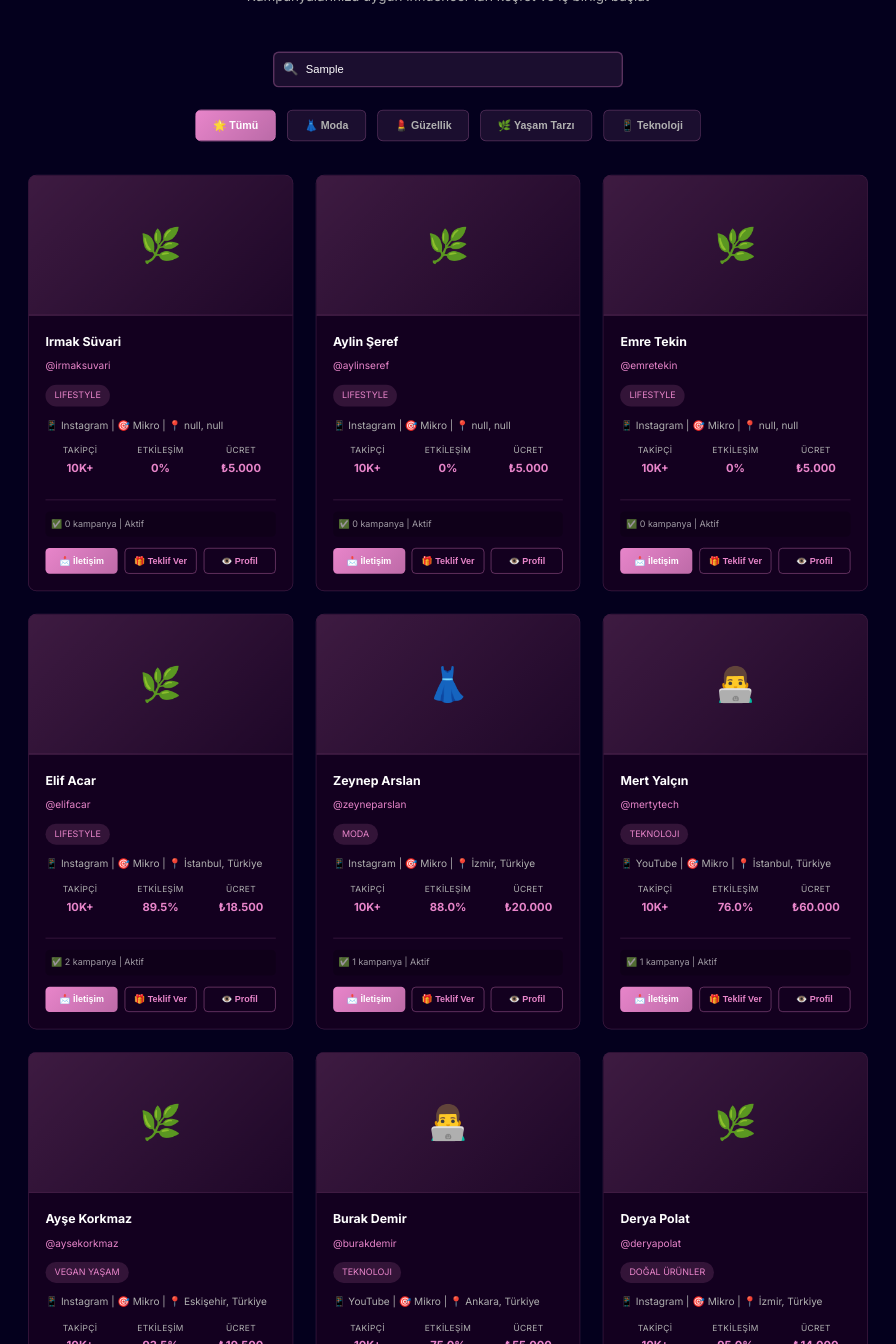
Repository: Selennguveen/metverse_website
Page: kesfetForMarka.html
An editor plug-in stored every save of this project. The page is shown before and after the next save, followed by the edit.
The browser window is 1280 px wide. The pictures show the part of the page from y = 344 to 2264 px (the page is 5685 px tall before and 1027 px after), at 70% of full size.
Empty fields were first filled with sample values (such as "Sample", 5 or name@example.com).
After loading, the first visible `#searchInput` was changed once.

Above is the page before, as saved 2025-12-21 15:05:50.
Console error: ReferenceError: handleSearch is not defined

### kesfetForMarka.html
<!DOCTYPE html>
<html lang="tr">
<head>
    <meta charset="UTF-8">
    <meta name="viewport" content="width=device-width, initial-scale=1.0">
    <title>İnfluencer Keşfet - MetVerse</title>
    <link href="https://fonts.googleapis.com/css2?family=Inter:wght@300;400;500;600;700;800&family=Roboto:wght@400;500;700&display=swap" rel="stylesheet">
    <link rel="stylesheet" href="styles.css">
    <style>
        .kesfet-section {
            background-color: rgb(4, 0, 29);
            background-image: radial-gradient(circle, rgba(232, 133, 202, 0.3) 1px, transparent 1px);
            background-size: 20px 20px;
            min-height: 100vh;
            padding: 120px 1rem 4rem 1rem;
            position: relative;
        }

        .kesfet-header {
            text-align: center;
            margin-bottom: 4rem;
            animation: fadeInUp 0.6s ease;
            position: relative;
            z-index: 2;
        }

        .kesfet-header h1 {
            font-size: 3.5rem;
            font-weight: 800;
            color: #fffffffe;
            margin-bottom: 1rem;
            letter-spacing: -1px;
            line-height: 1.2;
        }

        .kesfet-header h1 .highlight {
            color: rgb(232, 133, 202);
        }

        .kesfet-header p {
            font-size: 1.2rem;
            color: #B0B0B0;
            max-width: 600px;
            margin: 0 auto;
        }

        .kesfet-container {
            max-width: 1200px;
            margin: 0 auto;
            position: relative;
            z-index: 2;
        }

        .kesfet-search {
            display: flex;
            justify-content: center;
            margin-bottom: 2rem;
        }

        .search-container {
            position: relative;
            width: 100%;
            max-width: 500px;
        }

        .search-input {
            width: 100%;
            padding: 0.9rem 1.2rem 0.9rem 2.8rem;
            background: rgba(232, 133, 202, 0.1);
            border: 2px solid rgba(232, 133, 202, 0.3);
            border-radius: 8px;
            color: #fffffffe;
            font-size: 1rem;
            font-weight: 500;
            transition: all 0.3s ease;
        }

        .search-input::placeholder {
            color: #B0B0B0;
        }

        .search-input:focus {
            outline: none;
            background: rgba(232, 133, 202, 0.15);
            border-color: rgb(232, 133, 202);
            box-shadow: 0 0 15px rgba(232, 133, 202, 0.3);
        }

        .search-icon {
            position: absolute;
            left: 0.9rem;
            top: 50%;
            transform: translateY(-50%);
            color: rgb(232, 133, 202);
            font-size: 1.1rem;
        }

        .kesfet-filters {
            display: flex;
            gap: 1rem;
            margin-bottom: 3rem;
            justify-content: center;
            flex-wrap: wrap;
        }

        .filter-btn {
            padding: 0.8rem 1.5rem;
            background: rgba(232, 133, 202, 0.1);
            border: 1px solid rgba(232, 133, 202, 0.3);
            border-radius: 8px;
            color: #B0B0B0;
            cursor: pointer;
            font-size: 0.95rem;
            font-weight: 600;
            transition: all 0.3s ease;
        }

        .filter-btn:hover {
            background: rgba(232, 133, 202, 0.2);
            border-color: rgb(232, 133, 202);
            color: rgb(232, 133, 202);
        }

        .filter-btn.active {
            background: linear-gradient(135deg, rgb(232, 133, 202), rgba(232, 133, 202, 0.8));
            border-color: rgb(232, 133, 202);
            color: #fffffffe;
        }

        .kesfet-grid {
            display: grid;
            grid-template-columns: repeat(auto-fill, minmax(280px, 1fr));
            gap: 2rem;
            margin-bottom: 3rem;
        }

        .kesfet-card {
            background: rgba(30, 0, 34, 0.6);
            border: 1px solid rgba(232, 133, 202, 0.2);
            border-radius: 12px;
            overflow: hidden;
            transition: all 0.3s ease;
            cursor: pointer;
            animation: slideUp 0.4s ease;
        }

        .kesfet-card:hover {
            background: rgba(30, 0, 34, 0.9);
            border-color: rgba(232, 133, 202, 0.5);
            transform: translateY(-5px);
            box-shadow: 0 10px 30px rgba(232, 133, 202, 0.2);
        }

        .kesfet-card-image {
            width: 100%;
            height: 200px;
            background: linear-gradient(135deg, rgba(232, 133, 202, 0.2), rgba(232, 133, 202, 0.05));
            display: flex;
            align-items: center;
            justify-content: center;
            font-size: 3rem;
            border-bottom: 1px solid rgba(232, 133, 202, 0.2);
        }

        .kesfet-card-content {
            padding: 1.5rem;
        }

        .kesfet-card-title {
            font-size: 1.1rem;
            font-weight: 700;
            color: #fffffffe;
            margin-bottom: 0.5rem;
        }

        .kesfet-card-handle {
            font-size: 0.9rem;
            color: rgb(232, 133, 202);
            margin-bottom: 1rem;
        }

        .kesfet-card-category {
            display: inline-block;
            padding: 0.3rem 0.8rem;
            background: rgba(232, 133, 202, 0.15);
            border-radius: 20px;
            font-size: 0.8rem;
            color: rgb(232, 133, 202);
            margin-bottom: 1rem;
        }

        .kesfet-card-desc {
            font-size: 0.9rem;
            color: #B0B0B0;
            margin-bottom: 1rem;
            line-height: 1.5;
        }

        .influencer-stats {
            display: flex;
            gap: 1rem;
            margin-bottom: 1rem;
            padding-bottom: 1rem;
            border-bottom: 1px solid rgba(232, 133, 202, 0.2);
        }

        .stat-item {
            display: flex;
            flex-direction: column;
            align-items: center;
            flex: 1;
        }

        .stat-label {
            font-size: 0.75rem;
            color: #B0B0B0;
            text-transform: uppercase;
            margin-bottom: 3px;
        }

        .stat-value {
            font-size: 1rem;
            font-weight: 700;
            color: rgb(232, 133, 202);
        }

        .kesfet-card-footer {
            display: grid;
            grid-template-columns: 1fr 1fr 1fr;
            gap: 0.6rem;
        }

        .kesfet-card-btn {
            padding: 0.6rem 0.8rem;
            background: linear-gradient(135deg, rgb(232, 133, 202), rgba(232, 133, 202, 0.8));
            border: none;
            border-radius: 6px;
            color: #fffffffe;
            cursor: pointer;
            font-size: 0.8rem;
            font-weight: 600;
            transition: all 0.2s ease;
        }

        .kesfet-card-btn:hover {
            background: linear-gradient(135deg, rgba(232, 133, 202, 0.9), rgb(232, 133, 202));
            transform: scale(1.05);
        }

        .kesfet-card-btn-secondary {
            padding: 0.6rem 0.8rem;
            background: transparent;
            border: 1px solid rgba(232, 133, 202, 0.5);
            border-radius: 6px;
            color: rgb(232, 133, 202);
            cursor: pointer;
            font-size: 0.8rem;
            font-weight: 600;
            transition: all 0.2s ease;
        }

        .kesfet-card-btn-secondary:hover {
            background: rgba(232, 133, 202, 0.1);
            border-color: rgb(232, 133, 202);
        }

        .empty-kesfet {
            text-align: center;
            padding: 4rem 2rem;
            background: rgba(30, 0, 34, 0.5);
            border: 1px solid rgba(232, 133, 202, 0.2);
            border-radius: 15px;
        }

        .empty-kesfet-icon {
            font-size: 4rem;
            margin-bottom: 1rem;
        }

        .empty-kesfet h2 {
            font-size: 1.5rem;
            color: #fffffffe;
            margin-bottom: 0.5rem;
        }

        .empty-kesfet p {
            color: #B0B0B0;
            font-size: 1rem;
        }

        @keyframes slideUp {
            from {
                opacity: 0;
                transform: translateY(20px);
            }
            to {
                opacity: 1;
                transform: translateY(0);
            }
        }

        @keyframes fadeInUp {
            from {
                opacity: 0;
                transform: translateY(20px);
            }
            to {
                opacity: 1;
                transform: translateY(0);
            }
        }

        @media (max-width: 768px) {
            .kesfet-header h1 {
                font-size: 2rem;
            }

            .kesfet-grid {
                grid-template-columns: 1fr;
            }

            .kesfet-filters {
                flex-direction: column;
            }

            .filter-btn {
                width: 100%;
            }
        }
    </style>
</head>
<body>
    <!-- Dinamik Header Bileşeni -->
    <div id="header-container"></div>
    <script src="js/header.js"></script>

    <section class="kesfet-section">
        <div class="kesfet-header">
            <h1>İnfluencer'ları <span class="highlight">Keşfet</span></h1>
            <p>Kampanyalarınıza uygun influencer'ları keşfet ve iş birliği başlat</p>
        </div>

        <div class="kesfet-container">
            <!-- Arama Çubuğu -->
            <div class="kesfet-search">
                <div class="search-container">
                    <span class="search-icon">🔍</span>
                    <input
                        type="text"
                        class="search-input"
                        id="searchInput"
                        placeholder="İnfluencer adı, handle, kategori vb. arayın..."
                        onkeyup="handleSearch()"
                    >
                </div>
            </div>

            <!-- Filtreler -->
            <div class="kesfet-filters">
                <button class="filter-btn active" onclick="filterInfluencers('all')">🌟 Tümü</button>
                <button class="filter-btn" onclick="filterInfluencers('fashion')">👗 Moda</button>
                <button class="filter-btn" onclick="filterInfluencers('beauty')">💄 Güzellik</button>
                <button class="filter-btn" onclick="filterInfluencers('lifestyle')">🌿 Yaşam Tarzı</button>
                <button class="filter-btn" onclick="filterInfluencers('tech')">📱 Teknoloji</button>
            </div>

            <!-- İnfluencer'lar Grid'i -->
            <div class="kesfet-grid" id="influencerGrid">
                <!-- İnfluencer'lar burada listelenecek -->
                <div class="empty-kesfet">
                    <div class="empty-kesfet-icon">🔍</div>
                    <h2>İnfluencer yükleniyor...</h2>
                    <p>Lütfen bekleyin, mevcut influencer'lar görüntülenecektir</p>
                </div>
            </div>
        </div>
    </section>

    <script>
        let influencers = [];
        let allInfluencersData = {};

        // Sayfa yüklendiğinde veritabanından influencer verilerini çek
        async function loadInfluencersFromDatabase() {
            try {
                // Tüm gerekli verileri paralel olarak çek
                const [influencersRes, csvRes, kampanyalarRes] = await Promise.all([
                    fetch('/data/influencers.json'),
                    fetch('/data/influencers_csv.json'),
                    fetch('/data/kampanyalar.json')
                ]);

                const influencersData = await influencersRes.json();
                const csvData = await csvRes.json();
                const kampanyalarData = await kampanyalarRes.json();

                console.log('📊 Yüklenen veritabanları:');
                console.log('👥 Influencer sayısı:', influencersData.length);
                console.log('📋 CSV verisi sayısı:', csvData.length);
                console.log('🎯 Kampanya sayısı:', kampanyalarData.length);

                // Influencerları birleştir ve zenginleştir
                influencers = influencersData.map(inf => {
                    // CSV verisini bul
                    const csvInfo = csvData.find(csv => csv.influencer_id === inf.id);

                    // Bu influencerın kampanyalarını bul
                    const campaigns = kampanyalarData.filter(k => k.influencer_id === inf.id);

                    // Ortalama etkileşim oranını hesapla
                    const avgEngagement = campaigns.length > 0
                        ? (campaigns.reduce((sum, k) => sum + k.ai_eslesme_skoru, 0) / campaigns.length).toFixed(1)
                        : 0;

                    // Ortalama kampanya ücretini hesapla
                    const avgPrice = campaigns.length > 0
                        ? Math.round(campaigns.reduce((sum, k) => sum + k.kampanya_butcesi_tl, 0) / campaigns.length)
                        : 5000;

                    // Kategori eşlemesi
                    const categoryMap = {
                        'Moda': 'fashion',
                        'Güzellik': 'beauty',
                        'Kozmetik': 'beauty',
                        'Lifestyle': 'lifestyle',
                        'Yaşam Tarzı': 'lifestyle',
                        'Teknoloji': 'tech',
                        'Vegan Yaşam': 'lifestyle',
                        'Doğal Ürünler': 'lifestyle',
                        'Spor': 'lifestyle'
                    };

                    const category = categoryMap[csvInfo?.influencer_nis] || 'lifestyle';
                    const categoryEmoji = {
                        'fashion': '👗',
                        'beauty': '💄',
                        'tech': '👨‍💻',
                        'lifestyle': '🌿'
                    }[category];

                    return {
                        id: inf.id,
                        name: `${inf.ad} ${inf.soyad}`,
                        handle: csvInfo?.influencer_kullanici_adi || `@${inf.ad.toLowerCase()}`,
                        category: category,
                        bio: `${csvInfo?.influencer_nis || 'Yaşam Tarzı'} | ${csvInfo?.influencer_platform || 'Instagram'} Influencer'ı`,
                        followers: csvInfo?.influencer_tipi === 'Mega' ? '500K+' :
                                  csvInfo?.influencer_tipi === 'Makro' ? '250K+' :
                                  csvInfo?.influencer_tipi === 'Mikro' ? '50K+' : '10K+',
                        engagement: `${avgEngagement}%`,
                        price: `₺${avgPrice.toLocaleString('tr-TR')}`,
                        icon: categoryEmoji,
                        platform: csvInfo?.influencer_platform || 'Instagram',
                        type: csvInfo?.influencer_tipi || 'Mikro',
                        niche: csvInfo?.influencer_nis || 'Lifestyle',
                        location: `${csvInfo?.influencer_sehir}, ${csvInfo?.influencer_ulke}` || 'Türkiye',
                        status: csvInfo?.influencer_durum || 'Aktif',
                        campaignCount: campaigns.length,
                        avgEngagementScore: avgEngagement
                    };
                });

                console.log('✅ Veritabanından', influencers.length, 'influencer yüklendi');
                console.log('🎯 Influencerlar:', influencers);

                // İlk kez göster
                displayInfluencers('all');

            } catch (error) {
                console.error('❌ Veritabanı yükleme hatası:', error);
                const grid = document.getElementById('influencerGrid');
                grid.innerHTML = `
                    <div class="empty-kesfet" style="grid-column: 1/-1;">
                        <div class="empty-kesfet-icon">⚠️</div>
                        <h2>Veri yükleme hatası</h2>
                        <p>Influencer verisi yüklenirken bir hata oluştu. Lütfen sayfayı yenileyin.</p>
                    </div>
                `;
            }
        }

        function displayInfluencers(filter = 'all') {
            const grid = document.getElementById('influencerGrid');

            let filtered = influencers;
            if (filter !== 'all') {
                filtered = influencers.filter(i => i.category === filter);
            }

            if (filtered.length === 0) {
                grid.innerHTML = `
                    <div class="empty-kesfet" style="grid-column: 1/-1;">
                        <div class="empty-kesfet-icon">🔍</div>
                        <h2>İnfluencer bulunamadı</h2>
                        <p>Seçtiğiniz kategoride influencer bulunmamaktadır</p>
                    </div>
                `;
                return;
            }

            grid.innerHTML = filtered.map(influencer => `
                <div class="kesfet-card">
                    <div class="kesfet-card-image">${influencer.icon}</div>
                    <div class="kesfet-card-content">
                        <h3 class="kesfet-card-title">${influencer.name}</h3>
                        <p class="kesfet-card-handle">${influencer.handle}</p>
                        <div class="kesfet-card-category">${influencer.niche.toUpperCase()}</div>
                        <p class="kesfet-card-desc">
                            📱 ${influencer.platform} |
                            🎯 ${influencer.type} |
                            📍 ${influencer.location}
                        </p>

                        <div class="influencer-stats">
                            <div class="stat-item">
                                <span class="stat-label">Takipçi</span>
                                <span class="stat-value">${influencer.followers}</span>
                            </div>
                            <div class="stat-item">
                                <span class="stat-label">Etkileşim</span>
                                <span class="stat-value">${influencer.engagement}</span>
                            </div>
                            <div class="stat-item">
                                <span class="stat-label">Ücret</span>
                                <span class="stat-value">${influencer.price}</span>
                            </div>
                        </div>

                        <div style="font-size: 0.8rem; color: rgba(255, 255, 255, 0.6); margin-bottom: 1rem; padding: 0.5rem; background: rgba(0,0,0,0.2); border-radius: 6px;">
                            ✅ ${influencer.campaignCount} kampanya | ${influencer.status}
                        </div>

                        <div class="kesfet-card-footer">
                            <button class="kesfet-card-btn" onclick="contactInfluencer(${influencer.id})">📩 İletişim</button>
                            <button class="kesfet-card-btn-secondary" onclick="makeOffer(${influencer.id})">🎁 Teklif Ver</button>
                            <button class="kesfet-card-btn-secondary" onclick="viewProfile(${influencer.id})">👁️ Profil</button>
                        </div>
                    </div>
                </div>
            `).join('');
        }

        function filterInfluencers(category) {
            // Aktif button'ı güncelle
            document.querySelectorAll('.filter-btn').forEach(btn => {
                btn.classList.remove('active');
            });
            event.target.classList.add('active');

            // İnfluencer'ları filtrele
            displayInfluencers(category);
            console.log('🔍 İnfluencer\'lar filtrelendi:', category);
        }

        function contactInfluencer(influencerId) {
            const influencer = influencers.find(i => i.id === influencerId);
            console.log('📩 İnfluencer ile iletişim:', influencer.name);
            alert(`✅ ${influencer.name} ile iletişim sayfasına yönlendiriliyorsunuz...`);
            // Mesajlaşma sayfasına yönlendir
        }

        function makeOffer(influencerId) {
            const influencer = influencers.find(i => i.id === influencerId);
            console.log('🎁 Teklif gönder:', influencer.name);
            alert(`✅ ${influencer.name} için teklif hazırlama sayfasına yönlendiriliyorsunuz...`);
            // Teklif hazırlama sayfasına yönlendir
        }

        function viewProfile(influencerId) {
            const influencer = influencers.find(i => i.id === influencerId);
            console.log('👁️ Profil görüntüle:', influencer.name);
            alert(`Profil sayfası: ${influencer.name}`);
            // Profil sayfasına yönlendir
        }

        // Sayfa yüklendiğinde influencer'ları göster
        document.addEventListener('DOMContentLoaded', () => {
            loadInfluencersFromDatabase();
        });

        // Scroll event for header background color change
        window.addEventListener('scroll', () => {
            const nav = document.querySelector('nav');
            if (nav) {
                if (window.scrollY > 50) {
                    nav.classList.add('scrolled');
                } else {
                    nav.classList.remove('scrolled');
                }
            }
        });
    </script>
</body>
</html>

Loaded but not shown: data/kampanyalar.json (462 lines, source omitted); data/influencers.json (266 lines, source omitted); data/influencers_csv.json (266 lines, source omitted); js/header.js (1905 lines, source omitted); styles.css (3385 lines, source omitted); includes/header.html (75 lines, source omitted)

After the next save:
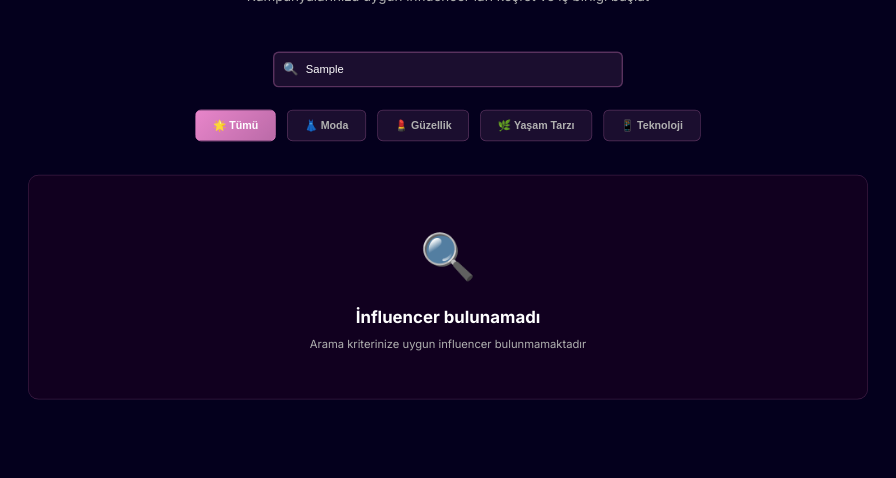
The error is gone.
Saved 30 s later.
--- a/kesfetForMarka.html
+++ b/kesfetForMarka.html
@@ -379,6 +379,8 @@
     <script>
         let influencers = [];
         let allInfluencersData = {};
+        let currentFilter = 'all';
+        let currentSearchQuery = '';
 
         // Sayfa yüklendiğinde veritabanından influencer verilerini çek
         async function loadInfluencersFromDatabase() {
@@ -479,12 +481,36 @@
             }
         }
 
+        function handleSearch() {
+            const searchInput = document.getElementById('searchInput');
+            currentSearchQuery = searchInput.value.toLowerCase().trim();
+            displayInfluencers(currentFilter);
+        }
+
         function displayInfluencers(filter = 'all') {
+            currentFilter = filter;
             const grid = document.getElementById('influencerGrid');
 
             let filtered = influencers;
+
+            // Kategori filtresini uygula
             if (filter !== 'all') {
-                filtered = influencers.filter(i => i.category === filter);
+                filtered = filtered.filter(i => i.category === filter);
+            }
+
+            // Arama filtresini uygula
+            if (currentSearchQuery) {
+                filtered = filtered.filter(influencer => {
+                    const searchableText = `
+                        ${influencer.name.toLowerCase()}
+                        ${influencer.handle.toLowerCase()}
+                        ${influencer.niche.toLowerCase()}
+                        ${influencer.platform.toLowerCase()}
+                        ${influencer.type.toLowerCase()}
+                        ${influencer.location.toLowerCase()}
+                    `;
+                    return searchableText.includes(currentSearchQuery);
+                });
             }
 
             if (filtered.length === 0) {
@@ -492,7 +518,7 @@
                     <div class="empty-kesfet" style="grid-column: 1/-1;">
                         <div class="empty-kesfet-icon">🔍</div>
                         <h2>İnfluencer bulunamadı</h2>
-                        <p>Seçtiğiniz kategoride influencer bulunmamaktadır</p>
+                        <p>${currentSearchQuery ? 'Arama kriterinize uygun influencer bulunmamaktadır' : 'Seçtiğiniz kategoride influencer bulunmamaktadır'}</p>
                     </div>
                 `;
                 return;
